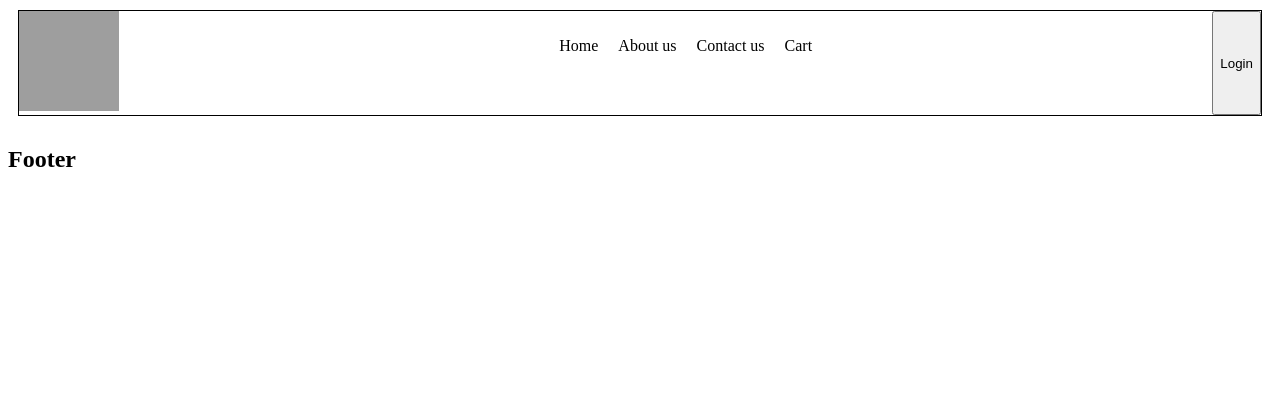
Repository: shivamv97/FOOD-VILLA-APP
Page: /
These files come from the project's save history. The page is drawn as it stood at one moment and after the next save; the edit follows.
The browser window is 1280 px wide. The pictures show the whole page.
Pictures or frames that could not be fetched are drawn as grey boxes. The page's requests for data from a server got no answer. The project was rebuilt for these pictures with package versions that can differ from the ones it lists, and the page was loaded fresh each time. No one was signed in, and anything a server would have sent is missing. Also part of the build but not shown: src/components/RestaurantCards.js.

Above is the page before, as saved 2024-08-02 18:37:50.

### index.html
<!DOCTYPE html>
<html lang="en">
  <head>
    <meta charset="UTF-8" />
    <meta name="viewport" content="width=device-width, initial-scale=1.0" />
    <title>Learning REACT</title>
    <link rel="stylesheet" href="style.css" />
  </head>
  <body>
    <div id="root">Not Rendered</div>
    <!-- <script
      crossorigin
      src="https://unpkg.com/react@18/umd/react.development.js"
    ></script>
    <script
      crossorigin
      src="https://unpkg.com/react-dom@18/umd/react-dom.development.js"
    ></script> -->
    <script type="module" src="src/App.js"></script>
  </body>
</html>

### style.css
.header {
  display: flex;
  justify-content: space-between;
  margin: 10px;
  border: 1px solid black;
}
.nav-items > ul {
  list-style-type: none;
  display: flex;
}

.nav-items > ul > li {
  padding: 10px;
}
.logo {
  width: 100px;
  height: 100px;
}

.card {
  width: 255px;
  border: 1px solid black;
  padding: 10px;
  margin: 10px;
  overflow-wrap: break-word;
}

.card > img {
  width: 100%;
}

.restaurant-list {
  display: flex;
  flex-wrap: wrap;
}

### src/App.js
import React from "react";
import ReactDOM from "react-dom/client";
import HeaderComponent from "./components/Title";
import Body from "./components/Body";
import Footer from "./components/Footer";

/*
Header
   -logo
   -Nav item(right side)
   -cart
Body
   -Search bar
   -RestrauntList
     -RestrauntCard
     -Image
     -Name
     -Ratings
     -Cusines
Footer
     -Links
     -Copyrigh
*/

const AppLayout = () => {
  return (
    <>
      <HeaderComponent />
      <Body />
      <Footer />
    </>
  );
};

const root = ReactDOM.createRoot(document.getElementById("root"));

root.render(<AppLayout />); //it will override children of div element

### src/components/Title.js
import { useState } from "react";

const LoggedInUser = () => {
  //API used for authentication
  return true;
};

const Title = () => (
  <a href="/ ">
    <img
      className="logo"
      alt="logo"
      src="https://encrypted-tbn0.gstatic.com/images?q=tbn:ANd9GcTJtFXKFKFoihdrJEvX4jBtXqfcO2kJ0KAlIg&s"
    />
  </a>
);

const HeaderComponent = () => {
  const [isLoggedIn, setisLoggedIn] = useState(false);
  return (
    <div className="header">
      <Title />
      <div className="nav-items">
        <ul>
          <li>Home</li>
          <li>About us</li>
          <li>Contact us</li>
          <li>Cart</li>
        </ul>
      </div>
      {isLoggedIn ? (
        <button onClick={() => setisLoggedIn(false)}>Logout</button>
      ) : (
        <button onClick={() => setisLoggedIn(true)}>Login</button>
      )}
    </div>
  );
};

export default HeaderComponent;

### src/components/Body.js
import { restaurantlist } from "../config";
import RestrauntCard from "./RestaurantCards";
import { useState, useEffect } from "react";
import Shimmer from "./shimmer";

function filterdata(searchText, restaurants) {
  return restaurants.filter((restaurant) =>
    restaurant.info.name.toLowerCase().includes(searchText.toLowerCase())
  );
}

const Body = () => {
  // const searchTxt = "KFC"; //for reference...(IN JS)
  const [AllRestaurants, setAllRestaurants] = useState([]);
  const [FilteredRestaurants, setFilteredRestaurants] = useState([]); //restaurantlist
  const [searchText, setsearchText] = useState(""); //To create state variable.......(IN REACT)
  // console.log("render()");

  useEffect(() => {
    //API call
    GetRestaurants();
  }, []);

  async function GetRestaurants() {
    const data = await fetch(
      "https://www.swiggy.com/dapi/restaurants/list/v5?lat=28.7040592&lng=77.10249019999999&collection=83667"
    );
    const json = await data.json();
    console.log(json);
    //you have to make change only in line 32,in cards[i],where i is keep changing in the above api link,try from 0-11
    //it's an config-driven UI,Hence,it's Grid Element position keeps on changing.......
    setAllRestaurants(
      json?.data?.cards[1]?.card?.card?.gridElements?.infoWithStyle?.restaurants
    );
    setFilteredRestaurants(
      json?.data?.cards[1]?.card?.card?.gridElements?.infoWithStyle?.restaurants
    );
  }

  console.log("render");

  //Don't render component(Early Return)
  // if (!AllRestaurants) return null;
  // if (FilteredRestaurants?.length === 0) return <h1>No Restaurants Found!</h1>;

  //Conditional rendering
  return AllRestaurants?.length == 0 ? (
    <Shimmer />
  ) : (
    <>
      <div className="search-box">
        <input
          type="text"
          className="search-input"
          placeholder="Search"
          value={searchText}
          onChange={(e) => {
            setsearchText(e.target.value);
          }}
        />
        <button
          className="search-btn"
          onClick={() => {
            //filter the data according to need
            const data = filterdata(searchText, AllRestaurants);
            setFilteredRestaurants(data);
            //need to update the state-restaurants
          }}
        >
          Search
        </button>
      </div>
      <div className="restaurant-list">
        {
          FilteredRestaurants.map((restaurant) => {
            return (
              <RestrauntCard key={restaurant.info.id} {...restaurant.info} />
            );
          })
          //H.W. => 1.PROPER PLACE FOR NO RESTAURANTS FOUND   2.SEARCH WENT OFF WHEN IT IS SHOWING NO RESTAURANTS FOUND..........
        }
      </div>
    </>
  );
};

export default Body;

### src/components/Footer.js
const Footer = () => {
  return <h2>Footer</h2>;
};

export default Footer;

### src/config.js
//PUT MY all Hard Coded File Here
export const Img_cdn_url =
  "https://media-assets.swiggy.com/swiggy/image/upload/fl_lossy,f_auto,q_auto,w_660/";

//Config Driven UI
export const restaurantlist = [
  //public API of Swiggy
  {
    "@type": "type.googleapis.com/swiggy.presentation.food.v2.Restaurant",
    info: {
      id: "8561",
      name: "Mughlai Junction",
      cloudinaryImageId: "tnl2yuuxi8zjbgru6iqj",
      locality: "Connaught Place",
      areaName: "Connaught Place",
      costForTwo: "₹600 for two",
      cuisines: ["Mughlai", "North Indian", "Tandoor"],
      avgRating: 4.3,
      parentId: "5354",
      avgRatingString: "4.3",
      totalRatingsString: "10K+",
      promoted: true,
      adTrackingId:
        "cid=15007607~p=0~adgrpid=15007607#ag1~mp=SWIGGY_IN~bl=FOOD~aet=RESTAURANT~aeid=8561~eid=321f01bc-98c6-405c-89d6-b18422bb8f70~srvts=1721229990431~collid=83639",
      sla: {
        deliveryTime: 37,
        lastMileTravel: 4.8,
        serviceability: "SERVICEABLE",
        slaString: "35-40 mins",
        lastMileTravelString: "4.8 km",
        iconType: "ICON_TYPE_EMPTY",
      },
      availability: {
        nextCloseTime: "2024-07-17 23:00:00",
        opened: true,
      },
      badges: {},
      isOpen: true,
      type: "F",
      badgesV2: {
        entityBadges: {
          textExtendedBadges: {},
          textBased: {},
          imageBased: {},
        },
      },
      aggregatedDiscountInfoV3: {
        header: "10% OFF",
        subHeader: "UPTO ₹35",
      },
      orderabilityCommunication: {
        title: {},
        subTitle: {},
        message: {},
        customIcon: {},
      },
      differentiatedUi: {
        displayType: "ADS_UI_DISPLAY_TYPE_ENUM_DEFAULT",
        differentiatedUiMediaDetails: {
          mediaType: "ADS_MEDIA_ENUM_IMAGE",
          lottie: {},
          video: {},
        },
      },
      reviewsSummary: {},
      displayType: "RESTAURANT_DISPLAY_TYPE_DEFAULT",
      restaurantOfferPresentationInfo: {},
      externalRatings: {
        aggregatedRating: {
          rating: "4.4",
          ratingCount: "1K+",
        },
        source: "GOOGLE",
        sourceIconImageId: "v1704440323/google_ratings/rating_google_tag",
      },
      ratingsDisplayPreference: "RATINGS_DISPLAY_PREFERENCE_SHOW_SWIGGY",
    },
    analytics: {},
    cta: {
      link: "swiggy://menu?restaurant_id=8561&source=collection&query=Biryani",
      text: "RESTAURANT_MENU",
      type: "DEEPLINK",
    },
    widgetId: "collectionV5RestaurantListWidget_SimRestoRelevance_food",
  },

  {
    "@type": "type.googleapis.com/swiggy.presentation.food.v2.Restaurant",
    info: {
      id: "817359",
      name: "Zahra Restaurant & Cafe",
      cloudinaryImageId: "asaqtuuszx7hzmxpnfpo",
      locality: "Old Delhi",
      areaName: "Old Delhi",
      costForTwo: "₹300 for two",
      cuisines: ["Indian", "Tandoor", "Kebabs", "Snacks", "Biryani"],
      avgRating: 4.3,
      parentId: "229129",
      avgRatingString: "4.3",
      totalRatingsString: "100+",
      sla: {
        deliveryTime: 29,
        lastMileTravel: 1.3,
        serviceability: "SERVICEABLE",
        slaString: "25-30 mins",
        lastMileTravelString: "1.3 km",
        iconType: "ICON_TYPE_EMPTY",
      },
      availability: {
        nextCloseTime: "2024-07-17 22:59:00",
        opened: true,
      },
      badges: {},
      isOpen: true,
      type: "F",
      badgesV2: {
        entityBadges: {
          textExtendedBadges: {},
          textBased: {},
          imageBased: {},
        },
      },
      aggregatedDiscountInfoV3: {
        header: "50% OFF",
        subHeader: "UPTO ₹100",
      },
      orderabilityCommunication: {
        title: {},
        subTitle: {},
        message: {},
        customIcon: {},
      },
      differentiatedUi: {
        displayType: "ADS_UI_DISPLAY_TYPE_ENUM_DEFAULT",
        differentiatedUiMediaDetails: {
          mediaType: "ADS_MEDIA_ENUM_IMAGE",
          lottie: {},
          video: {},
        },
      },
      reviewsSummary: {},
      displayType: "RESTAURANT_DISPLAY_TYPE_DEFAULT",
      restaurantOfferPresentationInfo: {},
      externalRatings: {
        aggregatedRating: {
          rating: "--",
        },
      },
      ratingsDisplayPreference: "RATINGS_DISPLAY_PREFERENCE_SHOW_SWIGGY",
    },
    analytics: {},
    cta: {
      link: "swiggy://menu?restaurant_id=817359&source=collection&query=Biryani",
      text: "RESTAURANT_MENU",
      type: "DEEPLINK",
    },
    widgetId: "collectionV5RestaurantListWidget_SimRestoRelevance_food",
  },

  {
    "@type": "type.googleapis.com/swiggy.presentation.food.v2.Restaurant",
    info: {
      id: "81523",
      name: "Amma Mess",
      cloudinaryImageId: "a09jpzja1zusso85bbmz",
      locality: "Karol Bagh",
      areaName: "Karol Bagh",
      costForTwo: "₹300 for two",
      cuisines: ["South Indian"],
      avgRating: 4.5,
      parentId: "15687",
      avgRatingString: "4.5",
      totalRatingsString: "10K+",
      promoted: true,
      adTrackingId:
        "cid=15010070~p=1~adgrpid=15010070#ag1~mp=SWIGGY_IN~bl=FOOD~aet=RESTAURANT~aeid=81523~eid=b2807d99-426d-4265-8bac-9448c8101a5f~srvts=1721229990431~collid=83639",
      sla: {
        deliveryTime: 37,
        lastMileTravel: 6.3,
        serviceability: "SERVICEABLE",
        slaString: "35-40 mins",
        lastMileTravelString: "6.3 km",
        iconType: "ICON_TYPE_EMPTY",
      },
      availability: {
        nextCloseTime: "2024-07-17 22:30:00",
        opened: true,
      },
      badges: {},
      isOpen: true,
      aggregatedDiscountInfoV2: {},
      type: "F",
      badgesV2: {
        entityBadges: {
          textBased: {},
          imageBased: {},
          textExtendedBadges: {},
        },
      },
      orderabilityCommunication: {
        title: {},
        subTitle: {},
        message: {},
        customIcon: {},
      },
      differentiatedUi: {
        displayType: "ADS_UI_DISPLAY_TYPE_ENUM_DEFAULT",
        differentiatedUiMediaDetails: {
          mediaType: "ADS_MEDIA_ENUM_IMAGE",
          lottie: {},
          video: {},
        },
      },
      reviewsSummary: {},
      displayType: "RESTAURANT_DISPLAY_TYPE_DEFAULT",
      restaurantOfferPresentationInfo: {},
      externalRatings: {
        aggregatedRating: {
          rating: "4.2",
          ratingCount: "1K+",
        },
        source: "GOOGLE",
        sourceIconImageId: "v1704440323/google_ratings/rating_google_tag",
      },
      ratingsDisplayPreference: "RATINGS_DISPLAY_PREFERENCE_SHOW_SWIGGY",
    },
    analytics: {},
    cta: {
      link: "swiggy://menu?restaurant_id=81523&source=collection&query=Biryani",
      text: "RESTAURANT_MENU",
      type: "DEEPLINK",
    },
    widgetId: "collectionV5RestaurantListWidget_SimRestoRelevance_food",
  },

  {
    "@type": "type.googleapis.com/swiggy.presentation.food.v2.Restaurant",
    info: {
      id: "144716",
      name: "Mughlai Invitation",
      cloudinaryImageId: "a4530760ed2ff35b487605618cc6dc45",
      areaName: "Chandni Chowk",
      costForTwo: "₹200 for two",
      cuisines: ["Indian", "Mughlai", "Biryani", "Sweets"],
      avgRating: 4.6,
      parentId: "141076",
      avgRatingString: "4.6",
      totalRatingsString: "100+",
      sla: {
        deliveryTime: 30,
        lastMileTravel: 1.5,
        serviceability: "SERVICEABLE",
        slaString: "30-35 mins",
        lastMileTravelString: "1.5 km",
        iconType: "ICON_TYPE_EMPTY",
      },
      availability: {
        nextCloseTime: "2024-07-17 22:59:00",
        opened: true,
      },
      badges: {},
      isOpen: true,
      aggregatedDiscountInfoV2: {},
      type: "F",
      badgesV2: {
        entityBadges: {
          textExtendedBadges: {},
          textBased: {},
          imageBased: {},
        },
      },
      orderabilityCommunication: {
        title: {},
        subTitle: {},
        message: {},
        customIcon: {},
      },
      differentiatedUi: {
        displayType: "ADS_UI_DISPLAY_TYPE_ENUM_DEFAULT",
        differentiatedUiMediaDetails: {
          mediaType: "ADS_MEDIA_ENUM_IMAGE",
          lottie: {},
          video: {},
        },
      },
      reviewsSummary: {},
      displayType: "RESTAURANT_DISPLAY_TYPE_DEFAULT",
      restaurantOfferPresentationInfo: {},
      externalRatings: {
        aggregatedRating: {
          rating: "4.8",
          ratingCount: "100+",
        },
        source: "GOOGLE",
        sourceIconImageId: "v1704440323/google_ratings/rating_google_tag",
      },
      ratingsDisplayPreference: "RATINGS_DISPLAY_PREFERENCE_SHOW_SWIGGY",
    },
    analytics: {},
    cta: {
      link: "swiggy://menu?restaurant_id=144716&source=collection&query=Biryani",
      text: "RESTAURANT_MENU",
      type: "DEEPLINK",
    },
    widgetId: "collectionV5RestaurantListWidget_SimRestoRelevance_food",
  },

  {
    "@type": "type.googleapis.com/swiggy.presentation.food.v2.Restaurant",
    info: {
      id: "64321",
      name: "Southern Masala",
      cloudinaryImageId: "14527e27a298304dd07904f777372cb5",
      locality: "Karol Bagh",
      areaName: "Karol Bagh",
      costForTwo: "₹350 for two",
      cuisines: ["Andhra", "Biryani", "South Indian", "Thalis"],
      avgRating: 3.9,
      parentId: "17286",
      avgRatingString: "3.9",
      totalRatingsString: "1K+",
      promoted: true,
      adTrackingId:
        "cid=15472783~p=2~adgrpid=15472783#ag1~mp=SWIGGY_IN~bl=FOOD~aet=RESTAURANT~aeid=64321~eid=785e1ed6-7474-46a2-ba9f-4a9325d5fabc~srvts=1721229990431~collid=83639",
      sla: {
        deliveryTime: 38,
        lastMileTravel: 5,
        serviceability: "SERVICEABLE",
        slaString: "35-40 mins",
        lastMileTravelString: "5.0 km",
        iconType: "ICON_TYPE_EMPTY",
      },
      availability: {
        nextCloseTime: "2024-07-17 22:00:00",
        opened: true,
      },
      badges: {},
      isOpen: true,
      type: "F",
      badgesV2: {
        entityBadges: {
          textBased: {},
          imageBased: {},
          textExtendedBadges: {},
        },
      },
      aggregatedDiscountInfoV3: {
        header: "₹125 OFF",
        subHeader: "ABOVE ₹199",
        discountTag: "FLAT DEAL",
      },
      orderabilityCommunication: {
        title: {},
        subTitle: {},
        message: {},
        customIcon: {},
      },
      differentiatedUi: {
        displayType: "ADS_UI_DISPLAY_TYPE_ENUM_DEFAULT",
        differentiatedUiMediaDetails: {
          mediaType: "ADS_MEDIA_ENUM_IMAGE",
          lottie: {},
          video: {},
        },
      },
      reviewsSummary: {},
      displayType: "RESTAURANT_DISPLAY_TYPE_DEFAULT",
      restaurantOfferPresentationInfo: {},
      externalRatings: {
        aggregatedRating: {
          rating: "4.1",
          ratingCount: "100+",
        },
        source: "GOOGLE",
        sourceIconImageId: "v1704440323/google_ratings/rating_google_tag",
      },
      ratingsDisplayPreference: "RATINGS_DISPLAY_PREFERENCE_SHOW_SWIGGY",
    },
    analytics: {},
    cta: {
      link: "swiggy://menu?restaurant_id=64321&source=collection&query=Biryani",
      text: "RESTAURANT_MENU",
      type: "DEEPLINK",
    },
    widgetId: "collectionV5RestaurantListWidget_SimRestoRelevance_food",
  },
];

### src/components/shimmer.js
const Shimmer = () => {
  return (
    <div className="restaurant-list">
      <div className="shimmer-card"></div>
    </div>
  );
};

export default Shimmer;

After the next save:
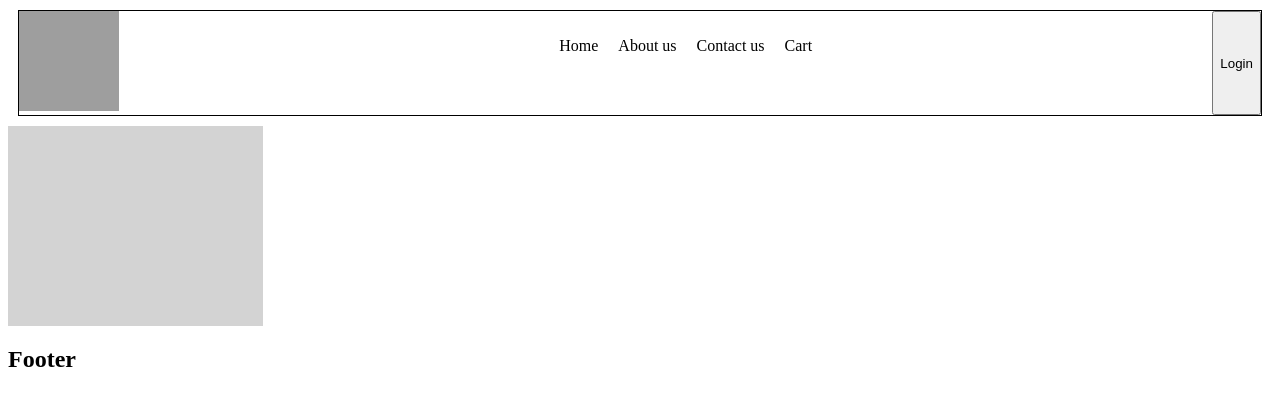
Saved 11 min 26 s later.
--- a/style.css
+++ b/style.css
@@ -33,3 +33,9 @@
   display: flex;
   flex-wrap: wrap;
 }
+
+.shimmer-card {
+  width: 255px;
+  height: 200px;
+  background: lightgrey;
+}

After the 3 saves that followed:
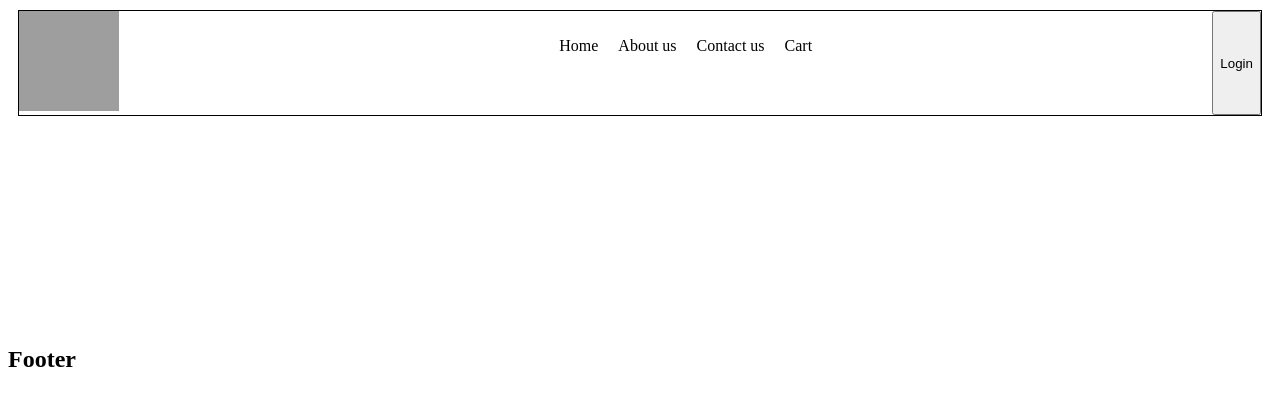
The 3 saves are shown as one change because 2 left the picture as it was.
The last was saved 14 min 32 s later.
--- a/style.css
+++ b/style.css
@@ -35,7 +35,7 @@
 }
 
 .shimmer-card {
-  width: 255px;
+  width: 2px00;
   height: 200px;
   background: lightgrey;
 }
